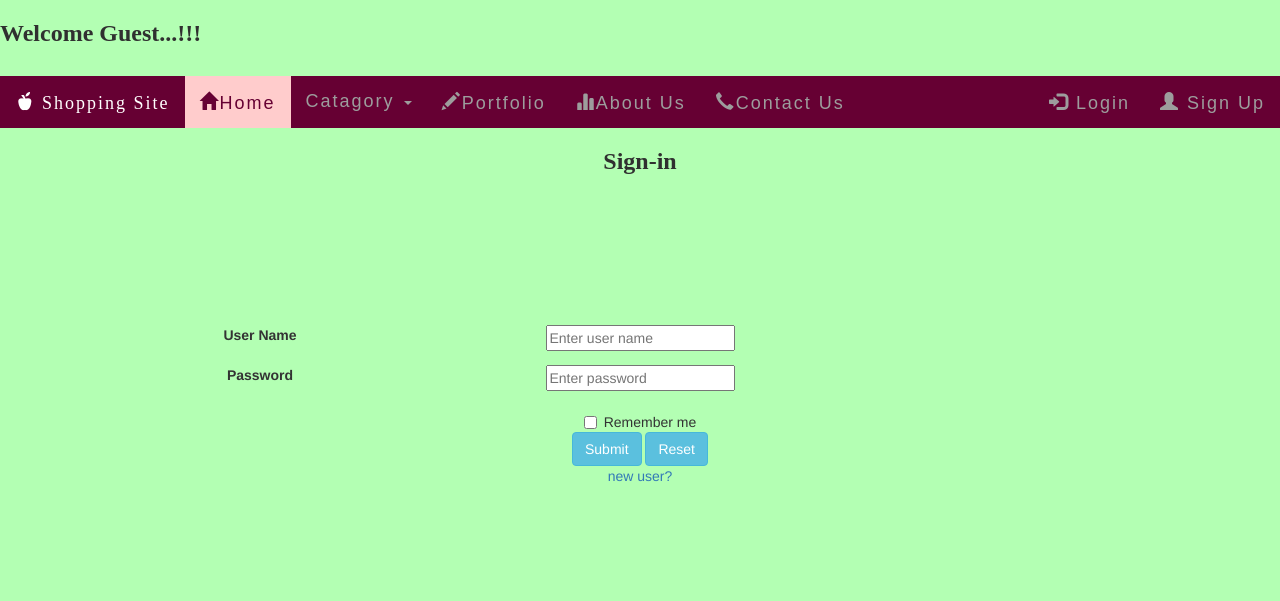
Repository: priyasuthakar/priya
Page: http://localhost/Apple/WEB-INF/views/login.jsp
The author's editor kept a copy of each file at every save. The page is drawn from the files as they stood at one save, then again after the next save.
The browser window is 1280 px wide. The pictures show the whole page.
The page is served by Tomcat 9. Nobody is signed in. The template is opened directly, without the code that normally fills it, so the values that code supplies are empty.

Above is the page before, as saved 2016-08-19 06:11:21.

After the next save:
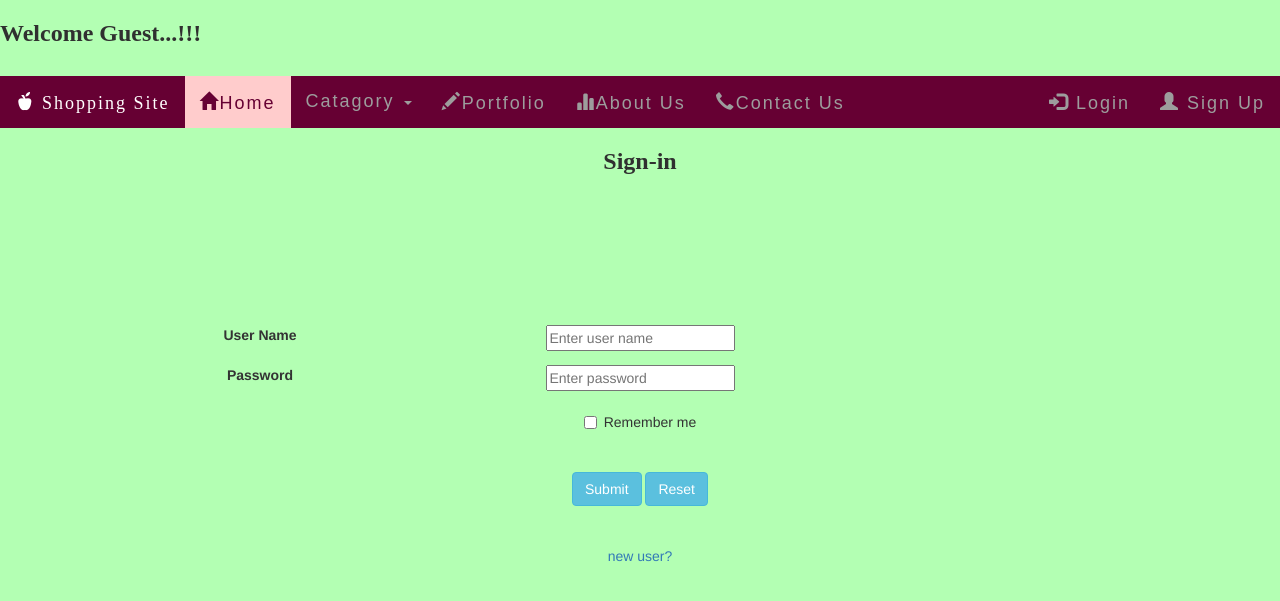
Saved 71 s later.
--- a/Apple/src/main/webapp/WEB-INF/views/login.jsp
+++ b/Apple/src/main/webapp/WEB-INF/views/login.jsp
@@ -100,13 +100,16 @@ footer .glyphicon {
 				<div class="checkbox">
 					<label><input type="checkbox"> Remember me</label>
 				</div>
+				</br> </br>
 				<div>
 					<input  type="submit" class="btn btn-info" />
 					<input type="reset" class="btn btn-info"/>
 					</div>
+					</br> </br>
 					<div>
 					<a href="reg">new user?</a>
 				</div>
+				</br> </br>
 				<input type="hidden" name="${_csrf.parameterName }"
 					value="${_csrf.token}" />
 				<!-- 	<a href="login" class="btn btn-default" role="button">Reset</a> -->
